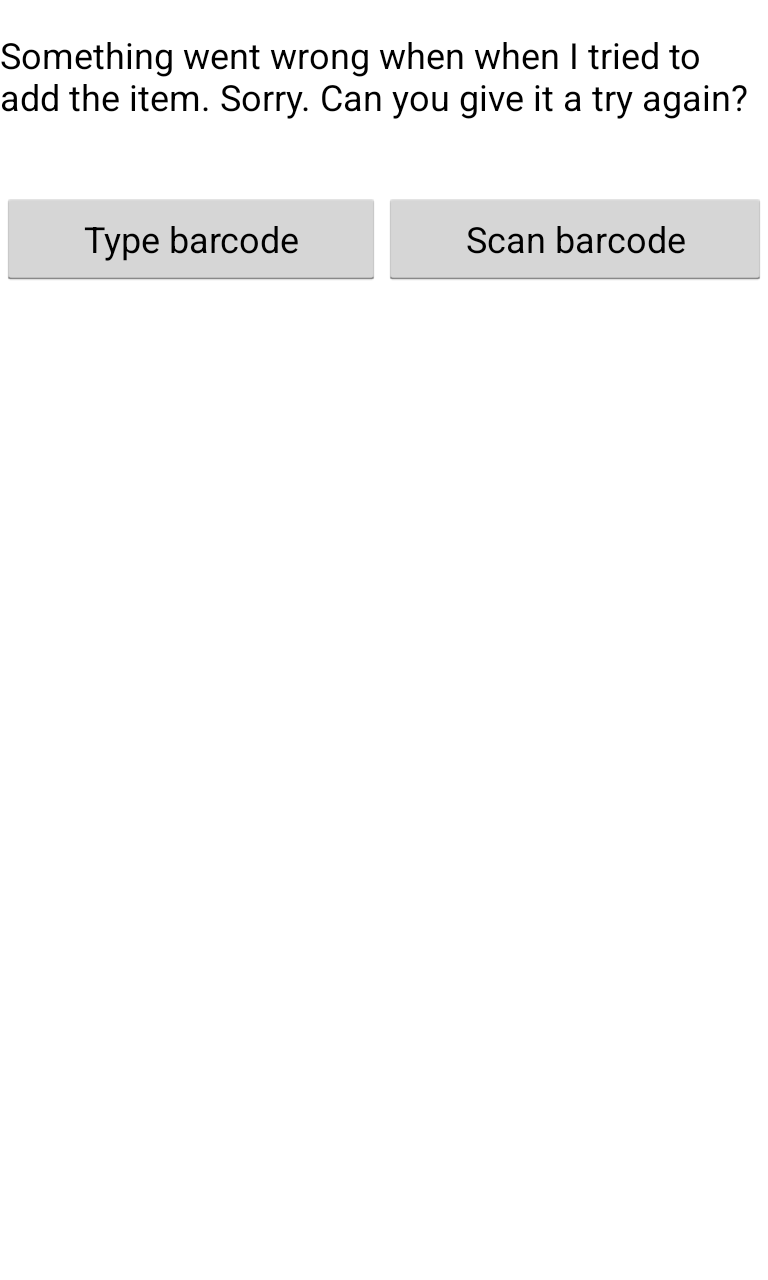
Repository: harvard-lil/wtwba-android-app
Layout: wtwba/res/layout/activity_scan_error.xml
These files come from the project's save history. The layout is drawn as it stood at one moment and after the next save; the edit follows.
It is drawn on a 768 x 1280 px phone screen (xhdpi) without system bars, with theme AppTheme; the app's code is not run.

Above is the layout before, as saved 2013-03-18 16:59:14.

### wtwba/res/layout/activity_scan_error.xml
<?xml version="1.0" encoding="utf-8"?>
<LinearLayout xmlns:android="http://schemas.android.com/apk/res/android"
    android:layout_width="fill_parent"
    android:layout_height="fill_parent"
    android:layout_margin="15dip"
    android:orientation="vertical" >

    <TextView
        android:layout_width="fill_parent"
        android:layout_height="wrap_content"
        android:layout_marginTop="15dip"
        android:layout_marginBottom="35dip"
        android:text="@string/scan_error"
        android:textAppearance="?android:attr/textAppearanceMedium"
         />

	<LinearLayout
	    android:layout_width="fill_parent"
	    android:layout_height="wrap_content"
	    android:orientation="horizontal"
	    android:layout_gravity="right">

	    <Button
	        android:layout_width="wrap_content"
	        android:layout_height="wrap_content"
	        android:layout_weight="1.0"
	        android:layout_gravity="right"
	        android:text="@string/button_key_item"
	        android:textAlign="right"
	        android:onClick="keyItem"/>
	    <Button
	        android:layout_width="wrap_content"
	        android:layout_height="wrap_content"
	        android:layout_weight="1.0"
	        android:layout_gravity="right"
	        android:text="@string/button_scan_item"
	        android:onClick="scanItem"
	        android:textAlign="left"/>
    </LinearLayout>
</LinearLayout>

### wtwba/res/values/strings.xml
<?xml version="1.0" encoding="utf-8"?>
<resources>

    <string name="app_name">wtwba</string>
    <string name="main_activity_title">Where the Wild Books Are</string>
    <string name="activity_item_details_title">Wild Books</string>
    <string name="activity_scan_title">Wild Books</string>
    <string name="activity_manage_user_title">Manage user key</string>
    <string name="activity_location_title">Select your current location</string>
    <string name="scan_error_title">Something went wrong</string>
    <string name="user_name_box_label">Enter your assigned user key</string>
    <string name="edit_message">Enter a message</string>
    <string name="loading_message">Loading</string>


    <string name="button_confirm_delete">Delete from list</string>
    <string name="button_scan_item">Scan barcode</string>
    <string name="button_key_item">Type barcode</string>
    <string name="activity_delete_title">Delete from list</string>

    <string name="button_scan">Scan</string>
    <string name="button_item_confrim">Return home</string>
    <string name="button_add">Add to list</string>
    <string name="button_save_user_name">Save user key</string>
    <string name="menu_settings">Settings</string>
    <string name="scan_error">Something went wrong when when I tried to add the item. Sorry. Can you give it a try again?</string>
    <string name="title_activity_main">MainActivity</string>
    <string name="hello_world">Hello world!</string>
    <string name="title_holder">Sample Title Here</string>
    <string name="connection_error">Unable to connect to network</string>
    <string name="title_activity_display_message">DisplayMessageActivity</string>
    <string name="empty_list">You haven\'t added any items.</string>

</resources>

Loaded but not shown: wtwba/res/values-v11/styles.xml (common file); wtwba/res/values-v14/styles.xml (common file); wtwba/res/values/styles.xml (common file)

After the next save:
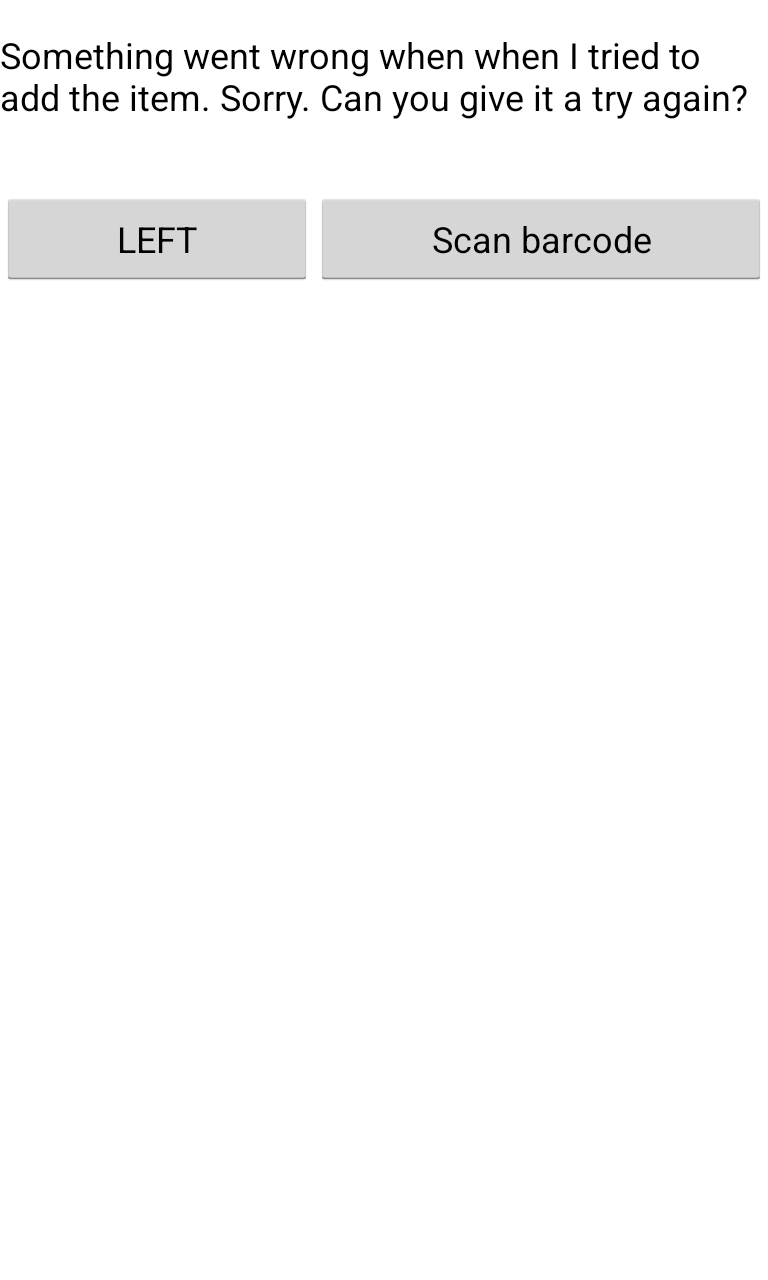
Saved 38 s later.
--- a/wtwba/res/layout/activity_scan_error.xml
+++ b/wtwba/res/layout/activity_scan_error.xml
@@ -17,16 +17,15 @@
 	<LinearLayout
 	    android:layout_width="fill_parent"
 	    android:layout_height="wrap_content"
-	    android:orientation="horizontal"
-	    android:layout_gravity="right">
+	    android:orientation="horizontal" >
 
 	    <Button
 	        android:layout_width="wrap_content"
 	        android:layout_height="wrap_content"
 	        android:layout_weight="1.0"
-	        android:layout_gravity="right"
 	        android:text="@string/button_key_item"
-	        android:textAlign="right"
+	        android:textAlign="left"
+	        android:text="LEFT"
 	        android:onClick="keyItem"/>
 	    <Button
 	        android:layout_width="wrap_content"
@@ -35,6 +34,6 @@
 	        android:layout_gravity="right"
 	        android:text="@string/button_scan_item"
 	        android:onClick="scanItem"
-	        android:textAlign="left"/>
+	        />
     </LinearLayout>
 </LinearLayout>

After the save that followed:
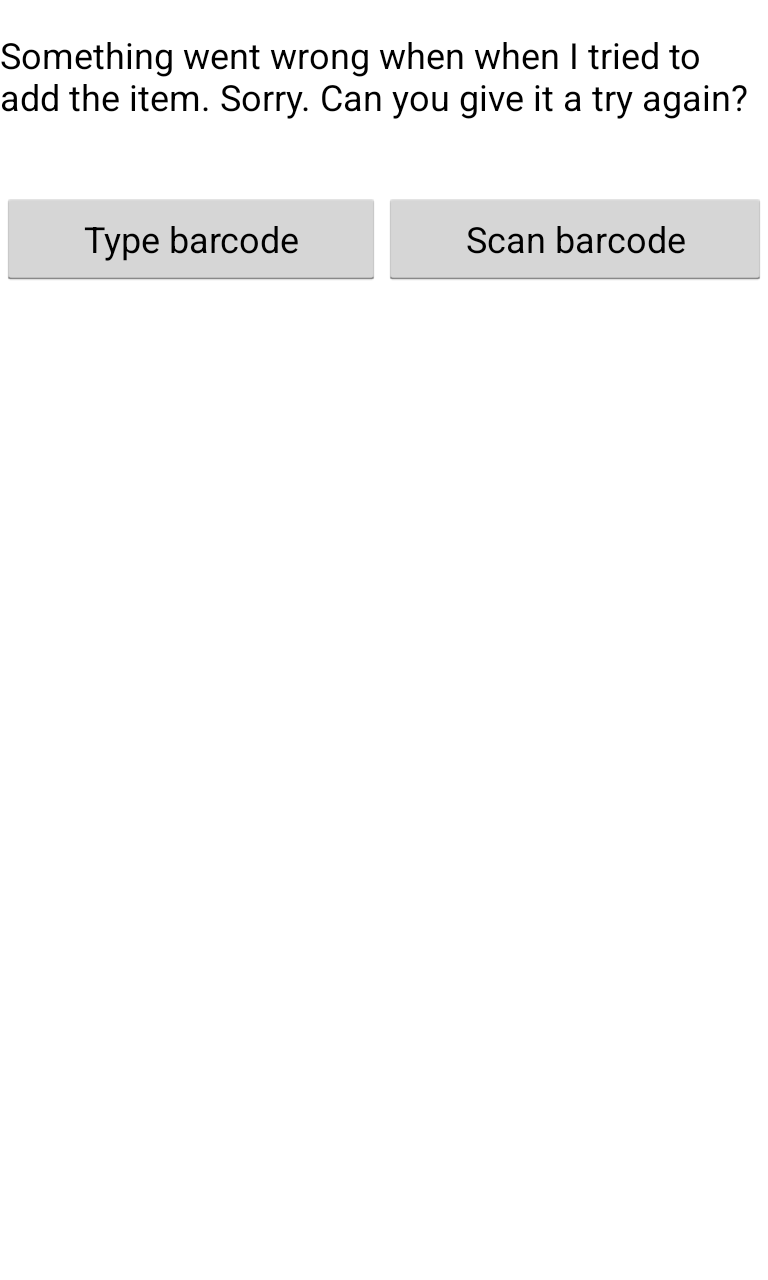
Saved 9 s later.
--- a/wtwba/res/layout/activity_scan_error.xml
+++ b/wtwba/res/layout/activity_scan_error.xml
@@ -25,7 +25,6 @@
 	        android:layout_weight="1.0"
 	        android:text="@string/button_key_item"
 	        android:textAlign="left"
-	        android:text="LEFT"
 	        android:onClick="keyItem"/>
 	    <Button
 	        android:layout_width="wrap_content"
